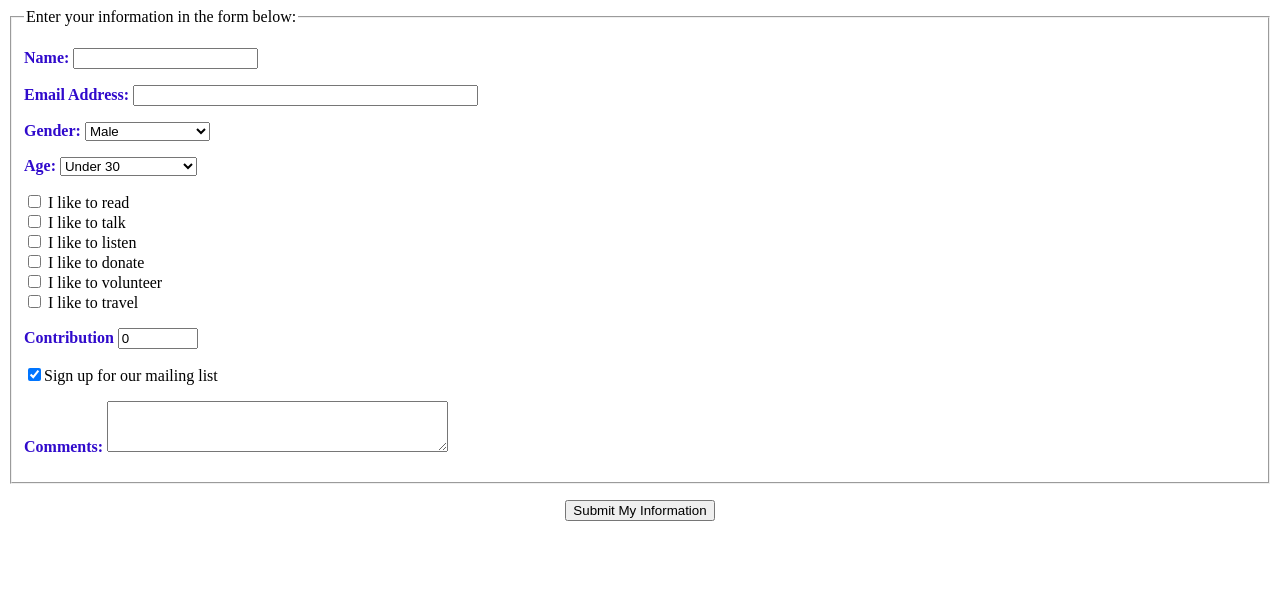
Repository: oduong1/COSW30
Page: homework/homework2/contact.html
The author's editor kept a record of every edit. The page is drawn from the files as they stood at one moment, then again after the next edit.
The browser window is 1280 px wide. The pictures show the whole page.

Above is the page before.

After the next edit:
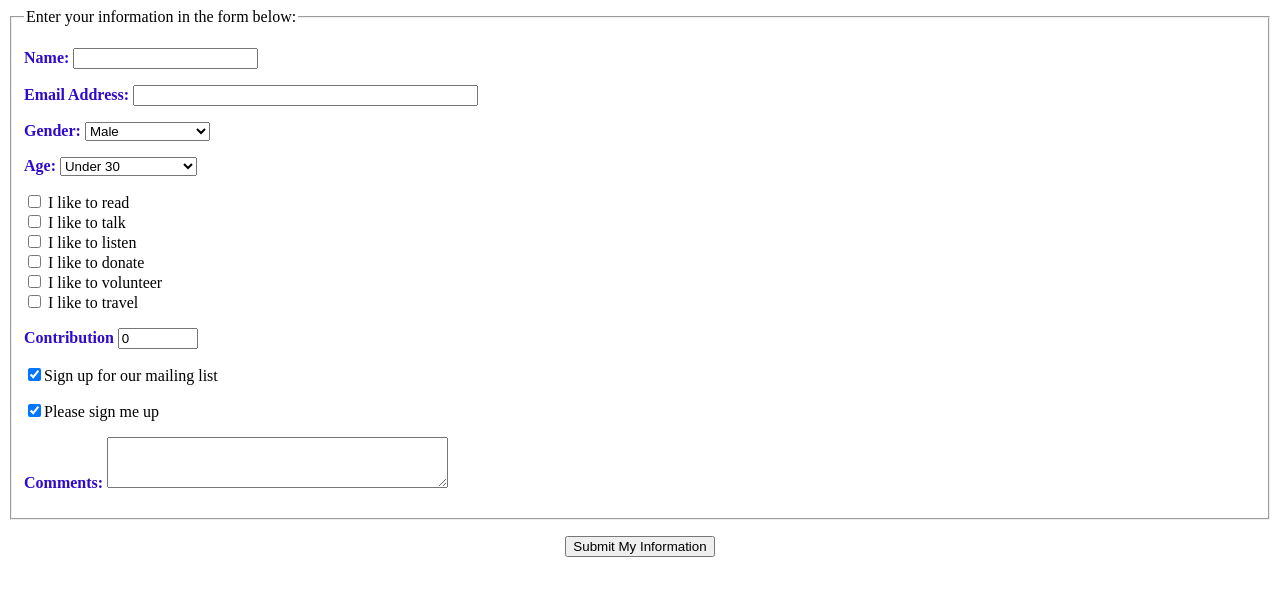
The edit:
--- a/homework/homework2/contact.html
+++ b/homework/homework2/contact.html
@@ -51,7 +51,11 @@
 	<p>
 		<input type="checkbox" Checked name="signup" value="signup">Sign up for our mailing list<br>
 	</p>
+	<p>
+		<input type="checkbox" name="check" id="signup"
+                    value="1" Checked>Please sign me up<br>
 
+	</p>
 	<p><label>Comments: <textarea name="comments" rows="3" cols="40"></textarea></label></p>
 
 
